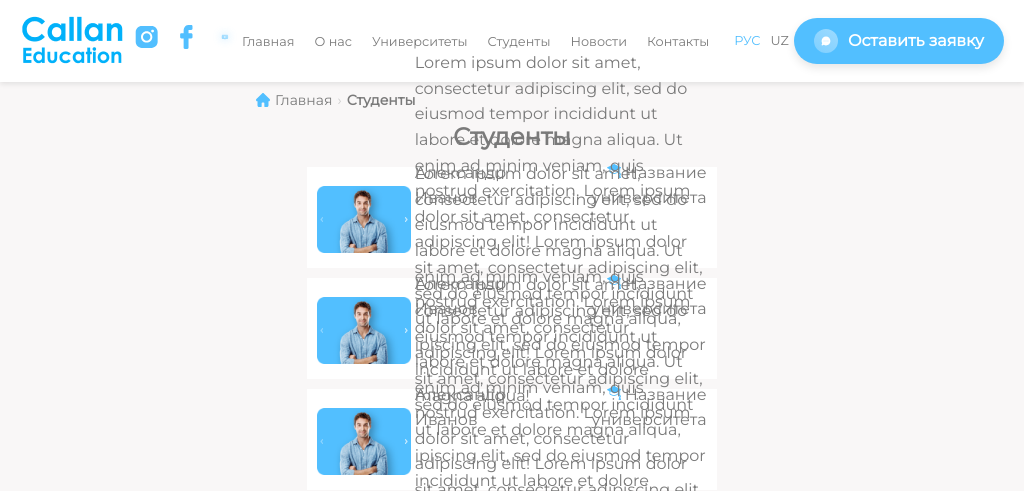
Repository: olyakorzh/Team-project-1
Page: assets/pages/students.html
The author's editor kept a copy of each file at every save. The page is drawn from the files as they stood at one save, then again after a run of saves.
The browser window is 1024 px wide. The pictures show the part of the page from y = 0 to 491 px (the page is 1946 px tall).
Pictures or frames that could not be fetched are drawn as grey boxes. A picture or video elsewhere on the page could not be fetched, so the positions and the page height are approximate.

Above is the page before, as saved 2024-12-08 17:37:07.

### assets/pages/students.html
<!DOCTYPE html>
<html lang="ru">
<head>
    <meta charset="UTF-8">
    <meta name="viewport" content="width=device-width, initial-scale=1.0">
    <title>Студенты</title>
    <link rel="stylesheet" href="/assets/styles/students.css" />
</head>
<body>
  <header class="header">
    <div class="header__container">
      <div class="header__logo">
        <img src="../img/main.img/Logo.png" alt="Callan Education" />
      </div>
      <nav class="header__media">
        <ul class="header__media-list">
          <li class="header__media-item">
            <a href="#" class="header__media-link">
              <img
                src="../img/aboutus.img/header_instagramm.svg"
                alt="Instagram"
                class="header__media-icon"
              />
            </a>
          </li>
          <li class="header__media-item">
            <a href="#" class="header__media-link">
              <img
                src="../img/aboutus.img/header_facebook.svg"
                alt="Facebook"
                class="header__media-icon"
              />
            </a>
          </li>
          <li class="header__media-item">
            <a href="#" class="header__media-link">
              <img
                src="../img/aboutus.img/header_youtube.svg"
                alt="YouTube"
                class="header__media-icon"
              />
            </a>
          </li>
        </ul>
      </nav>
      <nav class="header__nav">
        <ul class="menu">
          <li class="menu__item">
            <a href="main.html" class="menu__link">Главная</a>
          </li>
          <li class="menu__item">
            <a href="aboutus.html" class="menu__link">О нас</a>
          </li>
          <li class="menu__item">
            <a href="uni.html" class="menu__link">Университеты</a>
          </li>
          <li class="menu__item">
            <a href="students.html" class="menu__link">Студенты</a>
          </li>
          <li class="menu__item">
            <a href="news.html" class="menu__link">Новости</a>
          </li>
          <li class="menu__item">
            <a href="cont.html" class="menu__link">Контакты</a>
          </li>
        </ul>
        <button class="nav_burger">
          <div class="nav_strip">Главная</div>
          <div class="nav_strip">О нас</div>
          <div class="nav_strip">Университеты</div>
          <div class="nav_strip">Студенты</div>
          <div class="nav_strip">Новости</div>
          <div class="nav_strip">Контакты</div>
        </button>
      </nav>
      <div class="header__language">
        <ul class="header__language-list">
          <li class="header__language-item header__language-item--active">
            РУС
          </li>
          <li class="header__language-item">UZ</li>
        </ul>
      </div>

      <div class="header__actions">
        <a href="#" class="header__button">
          <span class="header__button-icon">
            <img
              src="../img/aboutus.img/header_message.svg"
              alt="Chat Icon"
            />
          </span>
          Оставить заявку
        </a>
      </div>
    </div>
  </header>
      <main>
        <section class="navigation-path">
          <div class="navigation-path__container">
            <a href="./main.html" class="navigation-path__link">
              <img
                src="../img/aboutus.img/bread_home.svg"
                alt="Home"
                class="navigation-path__icon"
              />
              Главная
            </a>
            <span class="navigation-path__separator">›</span>
            <span class="navigation-path__current">Студенты</span>
          </div>
        </section>
          <h2>Студенты</h2>
          <div class="basic">
            <div class="containerstudent"><div class="block_foto"><img src="../img/students.img/photo.png" width="120%" height="100%" alt="Фото студента"></div>
            <div class="block1">Александр Иванов</div>
            <div class="block2"><img src="../img/students.img/uni.png" alt="Шапка студента"> Название университета</div>
            <div class="block3">Lorem ipsum dolor sit amet, consectetur adipiscing elit, sed do eiusmod tempor incididunt ut labore et dolore magna aliqua. Ut enim ad minim veniam, quis nostrud exercitation. Lorem ipsum dolor sit amet, consectetur adipiscing elit! Lorem ipsum dolor sit amet, consectetur adipiscing elit, sed do eiusmod tempor incididunt ut labore et dolore magna aliqua, ipiscing elit, sed do eiusmod tempor incididunt ut labore et dolore magna aliqua!</div>
           </div>
        </div>
        <div class="basic">
          <div class="containerstudent"><div class="block_foto"><img src="../img/students.img/photo.png" width="120%" height="100%" alt="Фото студента"></div>
          <div class="block1">Александр Иванов</div>
          <div class="block2"><img src="../img/students.img/uni.png" alt="Шапка студента"> Название университета</div>
          <div class="block3">Lorem ipsum dolor sit amet, consectetur adipiscing elit, sed do eiusmod tempor incididunt ut labore et dolore magna aliqua. Ut enim ad minim veniam, quis nostrud exercitation. Lorem ipsum dolor sit amet, consectetur adipiscing elit! Lorem ipsum dolor sit amet, consectetur adipiscing elit, sed do eiusmod tempor incididunt ut labore et dolore magna aliqua, ipiscing elit, sed do eiusmod tempor incididunt ut labore et dolore magna aliqua!</div>
         </div>
        </div>
        <div class="basic">
          <div class="containerstudent"><div class="block_foto"><img src="../img/students.img/photo.png" width="120%" height="100%" alt="Фото студента"></div>
          <div class="block1">Александр Иванов</div>
          <div class="block2"><img src="../img/students.img/uni.png" alt="Шапка студента"> Название университета</div>
          <div class="block3">Lorem ipsum dolor sit amet, consectetur adipiscing elit, sed do eiusmod tempor incididunt ut labore et dolore magna aliqua. Ut enim ad minim veniam, quis nostrud exercitation. Lorem ipsum dolor sit amet, consectetur adipiscing elit! Lorem ipsum dolor sit amet, consectetur adipiscing elit, sed do eiusmod tempor incididunt ut labore et dolore magna aliqua, ipiscing elit, sed do eiusmod tempor incididunt ut labore et dolore magna aliqua!</div>
         </div>
        </div>

        <section class="contact">
          <div class="contact__container">
            <div class="contact__left">
              <img
                src="../img/aboutus.img/contact_girl.svg"
                alt="Девушка"
                class="contact__woman"
              />
              <img
                src="../img/aboutus.img/contact_flag.svg"
                alt="Флаг"
                class="contact__flag"
              />
            </div>
            <div class="contact__right">
              <h2 class="contact__title">Связаться с нами</h2>
              <p class="contact__subtitle">
                Оставьте свои данные и наш специалист обязательно свяжется с Вами в
                течение дня
              </p>

              <form class="contact__form">
                <div class="contact__field">
                  <input
                    type="text"
                    class="contact__input"
                    placeholder="Ваше имя"
                  />
                  <img
                    src="../img/aboutus.img/contact_edit_people.svg"
                    alt="Иконка пользователя"
                    class="contact__icon"
                  />
                </div>
                <div class="contact__field">
                  <input
                    type="tel"
                    class="contact__input"
                    placeholder="Номер телефона"
                  />
                  <img
                    src="../img/aboutus.img/contact_edit_phone.svg"
                    alt="Иконка телефона"
                    class="contact__icon"
                  />
                </div>
                <div class="contact__field">
                  <textarea
                    class="contact__textarea"
                    placeholder="Дополнительные комментарии"
                  ></textarea>
                  <img
                    src="../img/aboutus.img/contact_edit_message.svg"
                    alt="Иконка комментария"
                    class="contact__icon"
                  />
                </div>
                <button class="contact__button">
                  <img
                    src="../img/aboutus.img/contact_telegramm_icon.svg"
                    alt="Иконка отправления"
                  />
                  Отправить
                </button>
              </form>
            </div>
            <img
              src="../img/service.img/pencil.png"
              alt="Карандаш"
              class="contact__pencil"
            />
          </div>
        </section>

        <section class="questions">
          <div class="questions__container">
            <!-- Заголовки -->
            <div class="questions__header">
              <h2 class="questions__title">Остались вопросы?</h2>
              <p class="questions__subtitle">
                Свяжитесь с нами и мы ответим на все ваши вопросы
              </p>
            </div>

            <div class="questions__content">
              <!-- Форма -->
              <div class="questions__form">
                <ul class="questions__info">
                  <li class="questions__item">
                    <img
                      src="../img/service.img/call.png"
                      alt="Иконка"
                      class="questions__icon"
                    />
                    <div class="questions__text">
                      <strong>Телефоны</strong>
                      <p>+998 (99) 878-63-99<br />+998 (99) 878-63-99</p>
                    </div>
                  </li>
                  <li class="questions__item">
                    <img
                      src="../img/service.img/location.png"
                      alt="Иконка"
                      class="questions__icon"
                    />
                    <div class="questions__text">
                      <strong>Адрес</strong>
                      <p>г. Город, ул. Улица, 24 (Офис 24)</p>
                    </div>
                  </li>
                  <li class="questions__item">
                    <img
                      src="../img/service.img/time.png"
                      alt="Иконка"
                      class="questions__icon"
                    />
                    <div class="questions__text">
                      <strong>Время работы</strong>
                      <p>Пн–Пт: 9:00 – 18:00</p>
                    </div>
                  </li>
                </ul>

                <button class="questions__button">
                  <img
                    src="../img/aboutus.img/quest_button_clock.svg"
                    alt="Связаться"
                  />
                  Связаться с нами
                </button>
              </div>
            </div>

            <img
              src="../img/service.img/tree.png"
              alt="Дерево"
              class="questions__tree"
            />
            <img
              src="../img/service.img/bus.png"
              alt="Автобус"
              class="questions__bus"
            />
          </div>
        </section>
      </main>
        <footer class="footer">
          <div class="footer__container">
            <!-- Первый этаж -->
            <div class="footer__icon">
              <img src="../img/service.img/callan.png" alt="Callan Education" />
            </div>
            <nav class="footer__nav">
              <ul class="footer__menu">
                <li class="footer__menu-item"><a href="main.html">Главная</a></li>
                <li class="footer__menu-item"><a href="aboutus.html">О нас</a></li>
                <li class="footer__menu-item">
                  <a href="services.html">Услуги</a>
                </li>
                <li class="footer__menu-item">
                  <a href="uni.html">Университеты</a>
                </li>
                <li class="footer__menu-item">
                  <a href="students.html">Студенты</a>
                </li>
                <li class="footer__menu-item"><a href="news.html">Новости</a></li>
                <li class="footer__menu-item">
                  <a href="contact.html">Контакты</a>
                </li>
              </ul>
            </nav>
            <div class="footer__social">
              <a href="#" class="footer__social-link">
                <img src="../img/service.img/inst.png" alt="Instagram" />
              </a>
              <a href="#" class="footer__social-link">
                <img src="../img/service.img/fb.png" alt="Facebook" />
              </a>
              <a href="#" class="footer__social-link">
                <img src="../img/service.img/TG.png" alt="Telegram" />
              </a>
            </div>

            <div class="footer__icon">
              <img src="../img/service.img/world.png" alt="WorldWide Education" />
            </div>
            <div class="footer__contacts">
              <div class="footer__contact-item">
                <img
                  src="../img/service.img/call.png"
                  alt="Телефон"
                  class="footer__icon"
                />
                +998 (99) 878-63-99 +998 (99) 878-63-99
              </div>
              <div class="footer__contact-item">
                <img
                  src="../img/service.img/time.png"
                  alt="Часы работы"
                  class="footer__icon"
                />
                Пн–Пт: 9:00 – 18:00
              </div>
              <div class="footer__contact-item">
                <img
                  src="../img/service.img/location.png"
                  alt="Адрес"
                  class="footer__icon"
                />
                <span>
                  <span class="footer__city">г. Город</span>
                  <span class="footer__address">ул. Улица, 24 (Офис 24)</span>
                </span>
              </div>
            </div>
          </div>
        </footer>
</body>
</html>

### assets/styles/students.css
@font-face {
    font-family: "Montserrat";
    src: url("../fonts/Montserrat/static/Montserrat-Regular.ttf")
      format("truetype");
    font-weight: normal;
    font-style: normal;
  }

  * {
    margin: 0;
    padding: 0;
    box-sizing: border-box;
  }

  body {
    font-family: Montserrat, sans-serif;
    font-size: 16px;
    line-height: 1.6;
    color: #7a7a7a;
    margin: 0;
    padding: 0;
    background-color: #f5f2f28e;
  }


  .header {
    width: 100%;
    background-color: white;
    box-shadow: 0 2px 5px rgba(0, 0, 0, 0.1);
    padding: 10px 20px;
  }

  .header__container {
    display: flex;
    align-items: center;
    justify-content: space-between;
    max-width: 1140px;
    margin: 0 auto;
  }

  .header__logo img {
    max-height: 54px;
    width: auto;
  }

  .header__media-list {
    display: flex;
    gap: 15px;
    list-style: none;
    padding: 0;
    margin: 0;
  }

  .header__media-icon {
    width: 24px;
    height: 24px;
  }

  .header__nav .menu {
    display: flex;
    gap: 20px;
    list-style: none;
    padding: 0;
    margin: 0;
  }

  .menu__link {
    text-decoration: none;
    color: #7a7a7a;
    font-weight: 500;
    font-size: 16px;
    transition: color 0.3s ease;
  }

  .menu__link:hover {
    color: #52bfff;
  }

  .header__language {
    margin-left: 20px;
  }

  .header__language-list {
    display: flex;
    gap: 10px;
    list-style: none;
    padding: 0;
    margin: 0;
  }

  .header__language-item {
    font-size: 16px;
    color: #7a7a7a;
    cursor: pointer;
    transition: color 0.3s ease;
  }

  .header__language-item--active {
    color: #52bfff;
  }

  .header__language-item:hover {
    color: #52bfff;
  }

  .header__actions {
    flex-shrink: 0;
  }

  .header__button {
    display: flex;
    align-items: center;
    justify-content: center;
    padding: 10px 20px;
    background-color: #52bfff;
    color: white;
    text-decoration: none;
    font-size: 16px;
    font-weight: bold;
    border-radius: 24px;
    box-shadow: 0 4px 10px rgba(0, 0, 0, 0.1);
    transition: background-color 0.3s ease, transform 0.2s ease;
  }

  .header__button-icon {
    display: inline-block;
    width: 24px;
    height: 24px;
    margin-right: 10px;
    flex-shrink: 0;
  }
  .header__button-icon img {
    width: 100%;
    height: auto;
    display: block;
  }

  .header__button:hover {
    background-color: #0056b3;
    transform: scale(1.05);
  }

  .navigation-path {
    padding: 1vh 0;
    font-size: 14px;
    background-color: #f5f2f207;
  }

  .navigation-path__container {
    display: flex;
    align-items: center;
    gap: 5px;
    max-width: 50%;
    margin: 0 auto;
  }

  .navigation-path__link {
    text-decoration: none;
    color: #7a7a7a;
    display: flex;
    align-items: center;
    gap: 5px;
    transition: color 0.3s ease;
  }

  .navigation-path__link:hover {
    color: #52bfff;
  }

  .navigation-path__icon {
    width: 14px;
    height: 14px;
    display: block;
  }

  .navigation-path__separator {
    color: #ccc;
    font-size: 14px;
  }

  .navigation-path__current {
    color: #7a7a7a;
    font-weight: bold;
  }

  .nav_burger{
    display: none;
    width: 30px;
    height: 30px;
    border: none;
    border-radius: 50%;
    background-color: rgba(228, 58, 86, 0.6)
    justify-content: center;
    align-items: center;
    flex-direction: column;

  }

  .basic{
    height: 14vh;
    width: 20v;
    margin-bottom: 1px;


  }
  .containerstudent{
    display: grid;
    grid-template-columns: 20% 35% 35%;
    grid-template-rows: 20% 80%;
    gap: 5% 5%;
    align-items: center;
    width: 40%;
    height: 100%;
    margin-top: 1%;
    margin-bottom: 1%;
    padding: 1%;
    background:#ffff
  }
  .block_foto{
    display: grid;
    grid-row-start: 1;
    grid-row-end: 3;
    border-radius: 15%;
    size: 10%;

  }
  .block3{
    grid-column-end: span 2;
  }
  .block1{
    display: grid;
    text-align: left;
  }
  .block2{
    align-content: center;
    text-align: right;
  }
h2{
  display: grid;
  justify-content: center;
}
.basic{
justify-items: center;
}

.contact {
  position: relative;
  max-width: 1200px;
  margin: 0 auto;
  padding: 50px 20px;
  background: radial-gradient(
      ellipse at center,
      rgba(255, 255, 255, 0) 0%,
      rgba(255, 255, 255, 0.6) 100%
    ),
    url("../img/aboutus.img/contact_london.svg") bottom center no-repeat;
  background-size: cover;
  overflow: hidden;
}

.contact::before {
  content: "";
  position: absolute;
  top: -240px;
  left: 0;
  width: 100%;
  height: 472px;
  background: linear-gradient(rgba(220, 220, 220, 0.1), rgba(220, 220, 220, 0)),
    url("../img/aboutus.img/verlauf.svg") top center no-repeat;
  background-size: cover, cover;
  pointer-events: none;
  z-index: 2;
  transform: scaleY(-1);
}

.contact::after {
  content: "";
  position: absolute;
  bottom: 0;
  left: -382px;
  width: 100%;
  height: 206px;
  background: linear-gradient(rgba(220, 220, 220, 0.1), rgba(220, 220, 220, 0)),
    url("../img/aboutus.img/verlauf.svg") bottom center no-repeat;
  background-size: cover;
  pointer-events: none;
  z-index: 2;
  transform: scaleY(-1);
}

.contact__container {
  max-width: 1140px;
  margin: 0 auto;
  display: flex;
  justify-content: space-between;
  align-items: center;
  position: relative;
  z-index: 3;
}

.contact__woman {
  position: absolute;
  bottom: 0;
  left: 50px;
  z-index: 3;
  width: 400px;
}

.contact__flag {
  position: absolute;
  top: 20px;
  left: 0;
  z-index: 3;
  width: 200px;
}

.contact__right {
  position: relative;
  width: 50%;
  background: rgba(255, 255, 255, 0.9);
  padding: 20px;
  border-radius: 12px;
  box-shadow: 0 4px 10px rgba(0, 0, 0, 0.1);
  z-index: 3;
}

.contact__title {
  font-size: 28px;
  color: #7a7a7a;
  margin-bottom: 20px;
  text-align: center;
}

.contact__subtitle {
  font-size: 16px;
  color: #7a7a7a;
  margin-bottom: 20px;
  text-align: center;
}

.contact__form {
  display: flex;
  flex-direction: column;
  gap: 15px;
}

.contact__field {
  position: relative;
  margin-bottom: 20px;
}

.contact__input,
.contact__textarea {
  width: 100%;
  padding: 15px 15px 15px 45px;
  border: none;
  border-radius: 4px;
  font-size: 16px;
  box-sizing: border-box;
  background: rgba(248, 252, 255, 1);
}

.contact__textarea {
  resize: none;
  height: 100px;
}

.contact__icon {
  position: absolute;
  left: 15px;
  top: 50%;
  transform: translateY(-50%);
  width: 20px;
  height: 20px;
  pointer-events: none;
}

.contact__button {
  display: flex;
  align-items: center;
  gap: 10px;
  width: 220px;
  height: 50px;
  padding: 5px;
  background-color: #52bfff;
  color: white;
  font-size: 16px;
  font-weight: bold;
  border: none;
  border-radius: 30px;
  cursor: pointer;
  transition: background-color 0.3s ease, transform 0.2s;
  box-shadow: 0 4px 10px rgba(0, 0, 0, 0.1);
  position: absolute;
  bottom: -25px;
  left: 50%;
  transform: translateX(-50%);
  z-index: 2;
  justify-content: start;
}

.contact__button image {
  width: 40px;
  height: 40px;
  flex-shrink: 0;
  margin: 0;
}

.contact__button:hover {
  background-color: #0056b3;
  transform: translateX(-50%) scale(1.05);
}

.contact__pencil {
  position: absolute;
  top: 10px;
  right: -30px;
  transform: rotate(15deg);
  width: 290px;
  height: auto;
  z-index: 4;
}


.questions {
  position: relative;
  overflow: visible;
  margin: 0;
  padding: 0;
}

.questions__container {
  max-width: 1200px;
  min-height: 630px;
  margin: 0 auto;
  position: relative;
  background: url("../img/service.img/map.png") top center no-repeat;
  background-size: cover;
}

.questions__container::before {
  content: "";
  position: absolute;
  top: 0;
  left: 0;
  width: 100%;
  height: 100%;
  background: url("../img/service.img/map.png") top center no-repeat;
  background-size: cover;
  z-index: -1;
}

.questions__header {
  text-align: center;
}

.questions__title {
  font-size: 32px;
  color: #52bfff;
  margin-top: 61px;
}

.questions__subtitle {
  font-size: 18px;
  color: #7a7a7a;
  margin-top: 10px;
}

.questions__content {
  display: flex;
  justify-content: center;
  align-items: center;
  gap: 20px;
  position: absolute;
  height: auto;
  width: 30%;
  padding: 0 20px;
  margin-top: 69px;
  left: 40%;
  top: 20%;
}

.questions__form {
  position: relative;
  background: rgba(255, 255, 255, 0.9);
  padding: 20px;
  border-radius: 12px;
  box-shadow: 0 4px 10px rgba(0, 0, 0, 0.1);
  max-width: 367px;
  height: 304px;
  text-align: left;
  z-index: 1;
  margin: 0 auto;
}

.questions__form::before {
  content: "";
  position: absolute;
  top: 10px;
  left: 10px;
  right: 10px;
  bottom: 10px;
  border: 1px dashed #ecf6fc;
  border-radius: 12px;
  pointer-events: none;
  z-index: -1;
}

.questions__info {
  list-style: none;
  padding: 0;
  margin: 0;
  display: flex;
  flex-direction: column;
  gap: 15px;
}

.questions__item {
  display: flex;
  align-items: flex-start;
  gap: 10px;
}

.questions__icon {
  width: 24px;
  height: 24px;
  flex-shrink: 0;
}

.questions__text {
  display: flex;
  flex-direction: column;
  gap: 5px;
}

.questions__text strong {
  font-size: 16px;
  color: #313131;
}

.questions__text p {
  font-size: 14px;
  color: #7a7a7a;
  margin: 0;
}

.questions__button {
  display: flex;
  align-items: center;
  gap: 10px;
  width: 220px;
  height: 50px;
  padding: 5px;
  background-color: #52bfff;
  color: white;
  font-size: 16px;
  font-weight: bold;
  border: none;
  border-radius: 30px;
  cursor: pointer;
  transition: background-color 0.3s ease, transform 0.2s;
  box-shadow: 0 4px 10px rgba(0, 0, 0, 0.1);
  position: absolute;
  bottom: -25px;
  left: 50%;
  transform: translateX(-50%);
  z-index: 2;
  justify-content: start;
}

.questions__button:hover {
  background-color: #0056b3;
  transform: translateX(-50%) scale(1.05);
}

.questions__button img {
  width: 40px;
  height: 40px;
  flex-shrink: 0;
  margin: 0;
}

.questions__tree {
  position: absolute;
  left: 0;
  bottom: 160px;
  max-width: 581px;
  max-height: 434px;
  z-index: 1;
}

.questions__bus {
  position: absolute;
  right: 0;
  bottom: 39px;
  max-width: 25%;
  max-height: auto;
  z-index: 1;
}

.footer {
  position: relative;
  background-color: white;
  margin-top: 0;
  padding: 20px 0;
}

.footer::before,
.footer::after {
  content: "";
  position: absolute;
  left: 0;
  right: 0;
  height: 1px;
  border-top: 1px dashed #ecf6fc;
  pointer-events: none;
}

.footer__container {
  display: grid;
  grid-template-columns: 100px 1fr 200px;
  grid-template-rows: auto auto;
  gap: 20px;
  max-width: 1200px;
  margin: 0 auto;
  padding: 20px;
}

.footer__icon:first-of-type {
  grid-column: 1 / 2;
  grid-row: 1 / 2;
}

.footer__nav {
  grid-column: 2 / 3;
  grid-row: 1 / 2;
  display: flex;
  justify-content: left;
  align-items: center;
}

.footer__social {
  grid-column: 3 / 4;
  grid-row: 1 / 2;
  display: flex;
  justify-content: flex-end;
  gap: 10px;
}

.footer__icon:last-of-type {
  grid-column: 1 / 2;
  grid-row: 2 / 3;
}

.footer__contacts {
  grid-column: 2 / 4;
  grid-row: 2 / 3;
  display: flex;
  flex-wrap: wrap;
  gap: 20px;
  align-items: center;
  justify-content: flex-start;
}

.footer__contact-list {
  list-style: none;
  padding: 0;
  margin: 0;
  display: flex;
  flex-direction: column;
  gap: 10px;
}

.footer__menu {
  display: flex;
  gap: 15px;
  list-style: none;
  margin: 0;
  padding: 0;
}
.footer__menu-item a {
  text-decoration: none;
  color: #7a7a7a;
  font-size: 14px;
  transition: color 0.3s ease;
}

.footer__menu-item a:hover {
  color: #52bfff;
}

.footer__icon img {
  max-width: 100%;
}
.footer__city {
  color: #313131;
  font-weight: bold;
}

.footer__address {
  color: #7a7a7a;
}

/* Адаптация */

@media (max-width: 1200px) {
  .menu__link {
    font-size: 0.8em;
  }

  .header__language-item {
    font-size: 0.8em;
  }

}







@media (max-width: 768px) {
  .header__container {
    flex-wrap: wrap;
  }

  .header__button {
    margin-top: 10px;
    width: 100%;
    justify-content: center;
  }

  .contact {
    background: radial-gradient(
        ellipse at center,
        rgba(255, 255, 255, 0) 0%,
        rgba(255, 255, 255, 0.6) 100%
      ),
      url("../img/aboutus.img/contact_london.svg") bottom center no-repeat;
  }

  .contact__container {
    flex-direction: column;
    text-align: center;
  }

  .contact__right {
    width: 100%;
  }

  .contact__woman {
    position: relative;
    bottom: unset;
    left: unset;
    width: 200px;
    margin: 20px auto;
  }

  .contact__flag {
    display: none;
  }

  .contact__pencil {
    display: none;
  }

  .footer__container {
    grid-template-columns: 1fr;
    grid-template-rows: auto;
    gap: 15px;
  }

  .footer__social {
    justify-content: center;
  }

  .footer__contacts {
    grid-column: 1 / 2;
  }
}

After the next 2 saves:
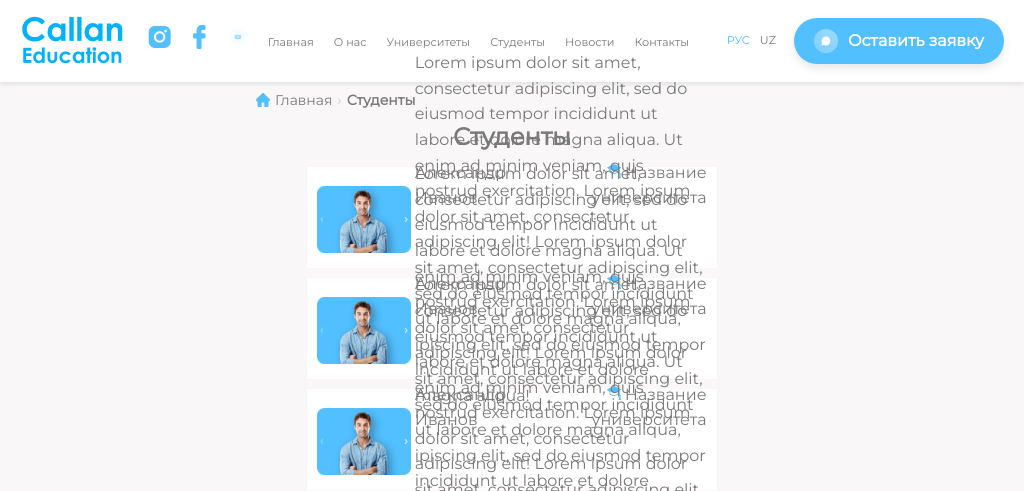
The 2 saves are shown as one change because they came seconds apart.
The last was saved 30 s later.
--- a/assets/styles/students.css
+++ b/assets/styles/students.css
@@ -705,11 +705,11 @@
 
 @media (max-width: 1200px) {
   .menu__link {
-    font-size: 0.8em;
+    font-size: 0.7em;
   }
 
   .header__language-item {
-    font-size: 0.8em;
+    font-size: 0.7em;
   }
 
 }
